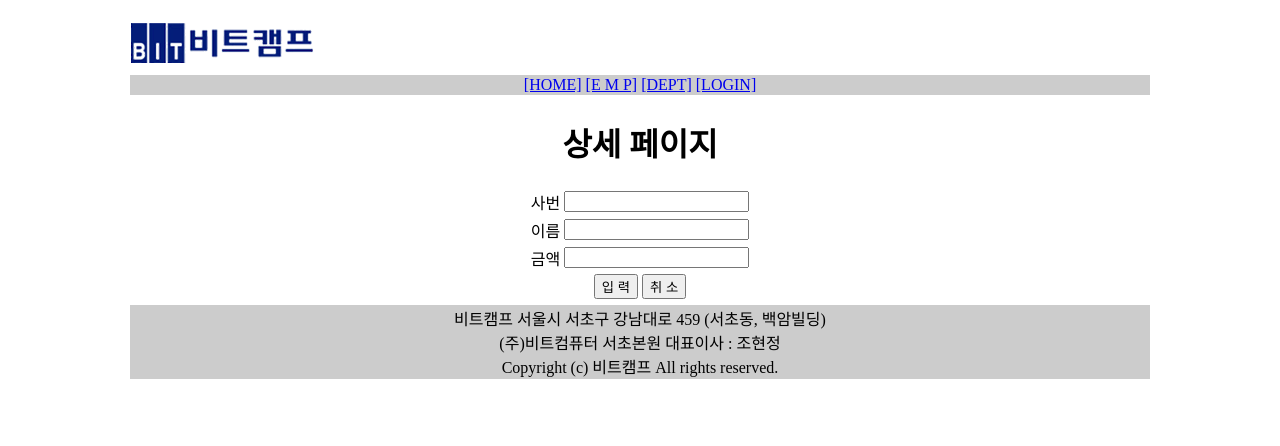
Repository: Lee-seongBeom/bitclass
Page: http://localhost/web08/emp/detail.jsp
An editor plug-in stored every save of this project. The page is shown before and after the next save, followed by the edit.
The browser window is 1280 px wide. The pictures show the whole page.
The page is served by Tomcat 9. Other server files are loaded and not shown.

Above is the page before, as saved 2020-07-07 03:34:21.

### web/web08/WebContent/emp/detail.jsp
<%@page import="java.util.ArrayList"%>
<%@page import="com.bit.emp.EmpDto"%>
<%@page import="com.bit.emp.EmpCRUD"%>
<%@ page language="java" contentType="text/html; charset=EUC-KR"
    pageEncoding="EUC-KR"%>
<!DOCTYPE html PUBLIC "-//W3C//DTD HTML 4.01 Transitional//EN" "http://www.w3.org/TR/html4/loose.dtd">
<html>
<head>
<meta http-equiv="Content-Type" content="text/html; charset=EUC-KR">
<title>Insert title here</title>
</head>
<body>
   <table width="1024" align="center">
      <tr>
         <td>
            <img alt="" src="/web08/img/logo.png">
         </td>
      </tr>
      <tr>
         <td align="center" bgcolor="#cccccc">
            <a href="../index.jsp">[HOME]</a>
            <a href="./emp/lisg.jsp">[E M P]</a>
            <a href="../dept/list.jsp">[DEPT]</a>
            <a href="../login/form.jsp">[LOGIN]</a>
         </td>
      </tr>
      <tr>
         <td>
            <!-- content start -->
            <center>
            <h1>상세 페이지</h1>
            	<table>
            		<tr>
            			<td>사번</td>
            			<td><input type="text" name="sabun"></td>
            		</tr>
            		<tr>
            			<td>이름</td>
            			<td><input type="text" name="name"></td>
            		</tr>
            		<tr>
            			<td>금액</td>
            			<td><input type="text" name="pay"></td>
            		</tr>
            		<tr>
            			<td colspan="2" align="center">
							<input type="submit" value="입 력">
							<input type="reset" value="취 소">
            			</td>
            		</tr>
            	</table>
            </center>
            <!-- content end -->
         </td>
      </tr>
      <tr>
         <td align="center" bgcolor="#cccccc">
            비트캠프 서울시 서초구 강남대로 459 (서초동, 백암빌딩)<br>
            (주)비트컴퓨터 서초본원 대표이사 : 조현정<br>
            Copyright (c) 비트캠프 All rights reserved.<br>
         </td>
      </tr>
   </table>

</body>
</html>

After the next save:
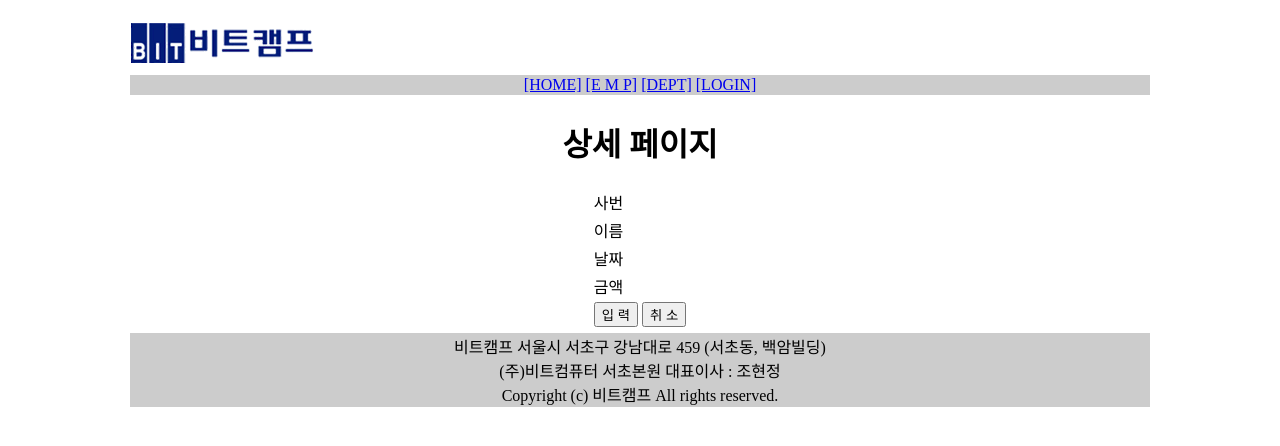
Saved 32 s later.
--- a/web/web08/WebContent/emp/detail.jsp
+++ b/web/web08/WebContent/emp/detail.jsp
@@ -32,15 +32,19 @@
             	<table>
             		<tr>
             			<td>사번</td>
-            			<td><input type="text" name="sabun"></td>
+            			<td></td>
             		</tr>
             		<tr>
             			<td>이름</td>
-            			<td><input type="text" name="name"></td>
+            			<td></td>
+            		</tr>
+            		<tr>
+            			<td>날짜</td>
+            			<td></td>
             		</tr>
             		<tr>
             			<td>금액</td>
-            			<td><input type="text" name="pay"></td>
+            			<td></td>
             		</tr>
             		<tr>
             			<td colspan="2" align="center">
